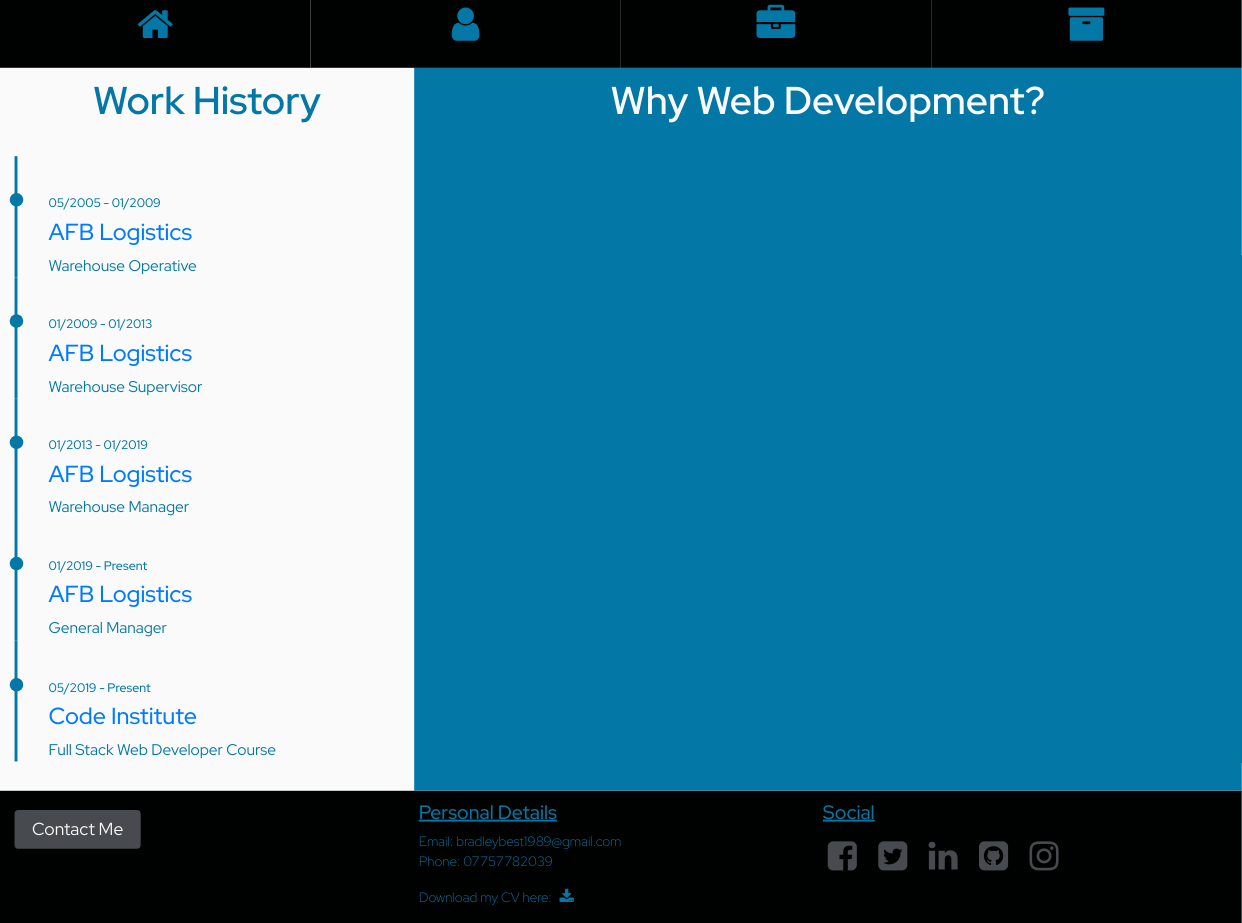
Repository: Brad000/Resume-project
Page: work-history.html
The author's editor kept a record of every edit. The page is drawn from the files as they stood at one moment, then again after the next edit.
The browser window is 1280 px wide. The pictures show the whole page, at 97% of full size.

Above is the page before.

After the next edit:
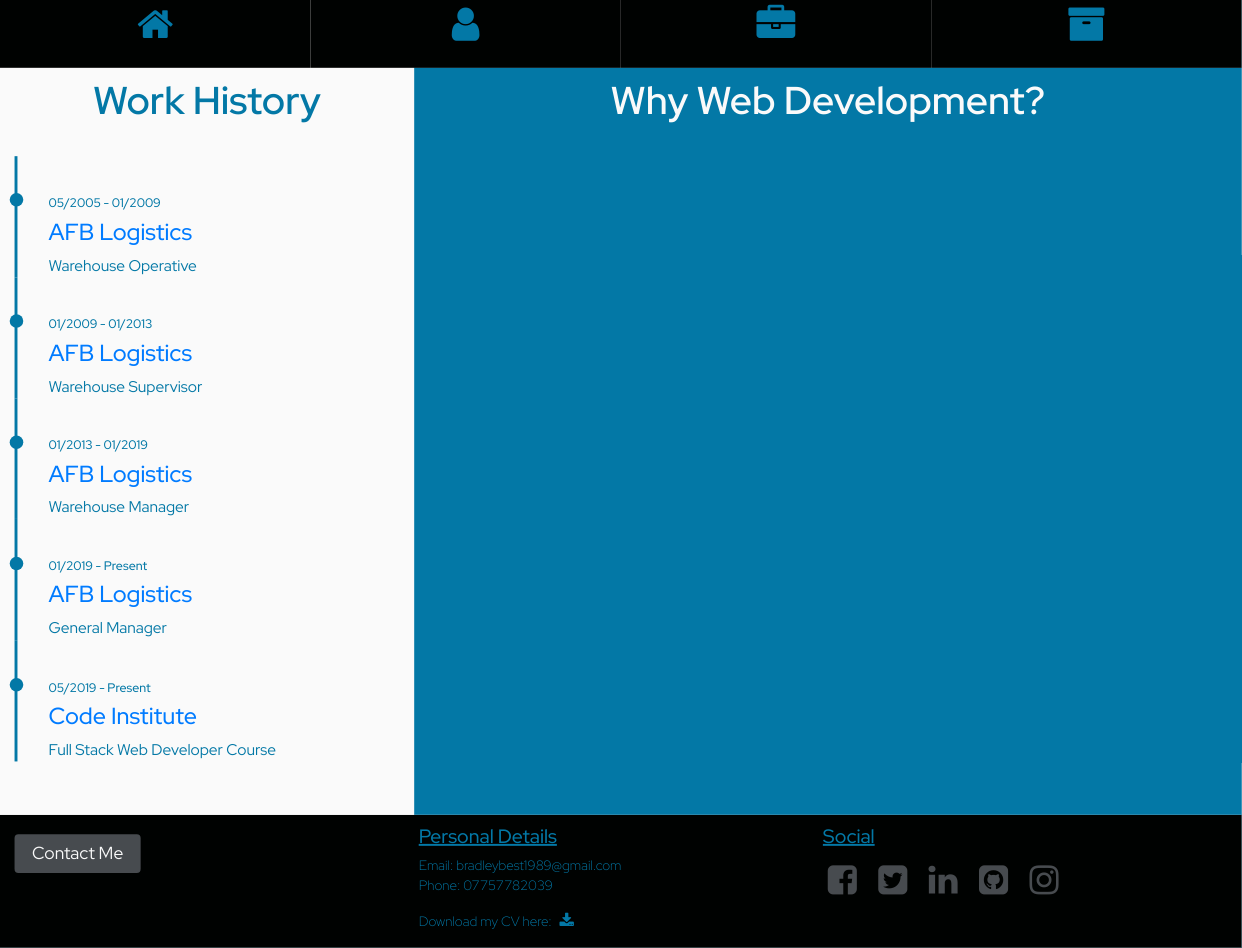
The edit:
--- a/assets/css/style.css
+++ b/assets/css/style.css
@@ -263,7 +263,7 @@
 }
 
 .history-items {
-    margin-bottom: 30px;
+    margin-bottom: 55px;
 }
 
 
